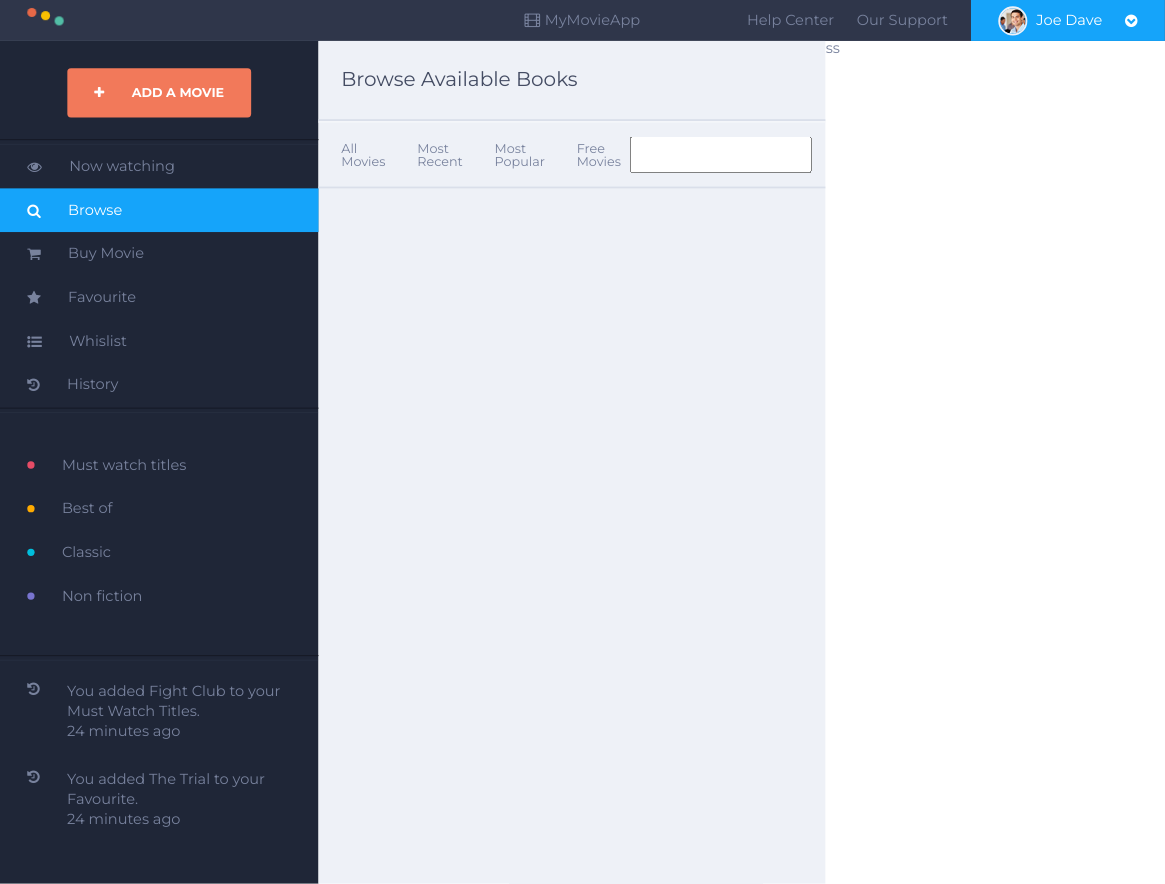
Repository: zyng/movie
Page: /
The author's editor kept a copy of each file at every save. The page is drawn from the files as they stood at one save, then again after the next save.
The browser window is 1280 px wide. The pictures show the whole page, at 91% of full size.
Some web libraries are served in a nearby version. The project was rebuilt for these pictures with package versions that can differ from the ones it lists, and the page was loaded fresh each time.

Above is the page before, as saved 2019-01-16 23:47:59.

### public/index.html
<!DOCTYPE html>
<html lang="en">

<head>
  <meta charset="UTF-8">
  <meta name="viewport" content="width=device-width, initial-scale=1.0">
  <meta http-equiv="X-UA-Compatible" content="ie=edge">
  <title>Document</title>
  <!-- <link rel="stylesheet" href="https://maxcdn.bootstrapcdn.com/bootstrap/4.0.0/css/bootstrap.min.css" integrity="sha384-Gn5384xqQ1aoWXA+058RXPxPg6fy4IWvTNh0E263XmFcJlSAwiGgFAW/dAiS6JXm"
    crossorigin="anonymous"> -->

  <link href="https://fonts.googleapis.com/css?family=Montserrat:400,700&amp;subset=latin-ext" rel="stylesheet">

</head>

<body>
  <div id="root"></div>





  <script src="https://code.jquery.com/jquery-3.2.1.slim.min.js" integrity="sha384-KJ3o2DKtIkvYIK3UENzmM7KCkRr/rE9/Qpg6aAZGJwFDMVNA/GpGFF93hXpG5KkN"
    crossorigin="anonymous"></script>
  <script src="https://cdnjs.cloudflare.com/ajax/libs/popper.js/1.12.9/umd/popper.min.js" integrity="sha384-ApNbgh9B+Y1QKtv3Rn7W3mgPxhU9K/ScQsAP7hUibX39j7fakFPskvXusvfa0b4Q"
    crossorigin="anonymous"></script>
  <script src="https://maxcdn.bootstrapcdn.com/bootstrap/4.0.0/js/bootstrap.min.js" integrity="sha384-JZR6Spejh4U02d8jOt6vLEHfe/JQGiRRSQQxSfFWpi1MquVdAyjUar5+76PVCmYl"
    crossorigin="anonymous"></script>
</body>

</html>

### src/index.js
import React from 'react';
import ReactDOM from 'react-dom';
import App from './components/App';
import 'bootstrap/dist/css/bootstrap.min.css';
import './css/style.css';
import 'font-awesome/css/font-awesome.min.css';
import * as serviceWorker from './serviceWorker';

ReactDOM.render(<App />, document.getElementById('root'));

serviceWorker.unregister();

### src/components/App.js
import React, { Component } from 'react';

import Header from './Header/Header';
import Navigation from './Navigation/Navigation';
import MainContent from './Main/Main';


class App extends Component {


  render() {
    return (
      <>
        <Header />

        <main>
          <Navigation />
          <MainContent />
        </main>

      </>
    );
  }
}

export default App;

### src/css/style.css
/* http://meyerweb.com/eric/tools/css/reset/
   v2.0 | 20110126
   License: none (public domain)
*/
html, body, div, span, applet, object, iframe, h1, h2, h3, h4, h5, h6, p, blockquote, pre, a, abbr, acronym, address, big, cite, code, del, dfn, em, img, ins, kbd, q, s, samp, small, strike, strong, sub, sup, tt, var, b, u, i, center, dl, dt, dd, ol, ul, li, fieldset, form, label, legend, table, caption, tbody, tfoot, thead, tr, th, td, article, aside, canvas, details, embed, figure, figcaption, footer, header, hgroup, menu, nav, output, ruby, section, summary, time, mark, audio, video { margin: 0; padding: 0; border: 0; font-size: 100%; font: inherit; vertical-align: baseline; }

/* HTML5 display-role reset for older browsers */
article, aside, details, figcaption, figure, footer, header, hgroup, menu, nav, section { display: block; }

body { line-height: 1; }

ol, ul { list-style: none; }

blockquote, q { quotes: none; }

blockquote:before, blockquote:after { content: ''; content: none; }

q:before, q:after { content: ''; content: none; }

table { border-collapse: collapse; border-spacing: 0; }

.header { display: -webkit-box; display: -ms-flexbox; display: flex; height: 45px; background-color: #2f364a; -webkit-box-align: center; -ms-flex-align: center; align-items: center; }

.header__logo { position: absolute; left: 30px; display: -webkit-box; display: -ms-flexbox; display: flex; }

.header__logo div { width: 10px; height: 10px; border-radius: 5px; -webkit-animation: jump .6s infinite; animation: jump .6s infinite; }

.header__logo div:not(:last-child) { margin-right: 5px; }

.header__logo .header__logo--red { background-color: #e76847; }

.header__logo .header__logo--yellow { background-color: #fabf00; -webkit-animation-delay: .1s; animation-delay: .1s; }

.header__logo .header__logo--green { background-color: #52bea6; -webkit-animation-delay: .2s; animation-delay: .2s; }

.header__title { position: absolute; left: 50%; -webkit-transform: translateX(-50%); -ms-transform: translateX(-50%); transform: translateX(-50%); }

.header__title i { margin-right: 5px; }

.header__title i:before { font-size: 16px; }

@media screen and (max-width: 1279px) { .header__title { position: static; margin-left: 140px; } }

.header__nav { position: absolute; right: 0; display: -webkit-box; display: -ms-flexbox; display: flex; -webkit-box-align: center; -ms-flex-align: center; align-items: center; }

.header__nav a { text-decoration: none; }

.header__nav > a { color: #78829d; position: relative; }

.header__nav > a:hover::after { content: ''; position: absolute; top: 50%; -webkit-transform: translateY(-50%); -ms-transform: translateY(-50%); transform: translateY(-50%); right: -15px; width: 8px; height: 8px; border-radius: 50%; background-color: rgba(25, 32, 46, 0.7); }

.header__nav .profile { padding: 0 30px; background-color: #15a4fa; height: 45px; display: -webkit-box; display: -ms-flexbox; display: flex; -webkit-box-align: center; -ms-flex-align: center; align-items: center; }

.header__nav .profile a { display: -webkit-box; display: -ms-flexbox; display: flex; -webkit-box-align: center; -ms-flex-align: center; align-items: center; }

.header__nav .profile__logo { width: 32px; height: 32px; border-radius: 16px; border: 2px solid #eef1f7; margin-right: 10px; }

.header__nav .profile__logo img { -o-object-fit: cover; object-fit: cover; width: 100%; height: 100%; border-radius: 50%; }

.header__nav .profile__name { color: #fff; }

.header__nav .profile i { margin-left: 25px; color: #fff; }

.header__nav > a { margin-right: 25px; }

@-webkit-keyframes jump { 0% { -webkit-transform: translateY(0); transform: translateY(0); }
  50% { -webkit-transform: translateY(-10px); transform: translateY(-10px); }
  100% { -webkit-transform: translateY(0); transform: translateY(0); } }

@keyframes jump { 0% { -webkit-transform: translateY(0); transform: translateY(0); }
  50% { -webkit-transform: translateY(-10px); transform: translateY(-10px); }
  100% { -webkit-transform: translateY(0); transform: translateY(0); } }

.menu { left: 0; background-color: #1f2637; min-height: 100vh; max-width: 350px; }

.menu__new-movie { display: -webkit-box; display: -ms-flexbox; display: flex; -webkit-box-pack: center; -ms-flex-pack: center; justify-content: center; -webkit-box-align: center; -ms-flex-align: center; align-items: center; padding: 30px 0; position: relative; }

.menu__new-movie button { min-width: 200px; padding: 20px 30px; border-radius: 4px; background-color: #f2795a; border: none; outline: none; color: #fff; text-transform: uppercase; font-weight: 700; font-size: 14px; }

.menu__new-movie button i { margin-right: 30px; }

.menu__new-movie button:hover { cursor: pointer; }

.menu__new-movie::after { content: ''; height: 6px; width: 100%; position: absolute; bottom: 0; border-bottom: 1px solid rgba(120, 130, 157, 0.1); border-top: 1px solid #141824; }

.menu__movie-search { display: -webkit-box; display: -ms-flexbox; display: flex; -webkit-box-orient: vertical; -webkit-box-direction: normal; -ms-flex-direction: column; flex-direction: column; padding: 0; position: relative; -webkit-box-sizing: border-box; box-sizing: border-box; }

.menu__movie-search a { height: 48px; width: 100%; display: -webkit-box; display: -ms-flexbox; display: flex; -webkit-box-align: center; -ms-flex-align: center; align-items: center; padding-left: 30px; }

.menu__movie-search a.active { background-color: #15a4fa; color: #fff; }

.menu__movie-search a:hover:not(.active) { background-color: #2f364a; color: #fff; }

.menu__movie-search i { margin-right: 30px; }

.menu__movie-search::after { content: ''; height: 6px; width: 100%; position: absolute; bottom: -7px; border-bottom: 1px solid rgba(120, 130, 157, 0.1); border-top: 1px solid #141824; }

.menu__personal-categories { display: -webkit-box; display: -ms-flexbox; display: flex; -webkit-box-orient: vertical; -webkit-box-direction: normal; -ms-flex-direction: column; flex-direction: column; position: relative; padding: 40px 0; -webkit-box-sizing: border-box; box-sizing: border-box; }

.menu__personal-categories a { padding-left: 30px; display: -webkit-box; display: -ms-flexbox; display: flex; -webkit-box-align: center; -ms-flex-align: center; align-items: center; height: 48px; }

.menu__personal-categories a::before { content: ''; width: 8px; height: 8px; position: relative; border-radius: 50%; display: block; margin-right: 30px; }

.menu__personal-categories a:nth-child(1)::before { background-color: #e64c66; }

.menu__personal-categories a:nth-child(2)::before { background-color: #ffab00; }

.menu__personal-categories a:nth-child(3)::before { background-color: #00bfdd; }

.menu__personal-categories a:nth-child(4)::before { background-color: #7874cf; }

.menu__personal-categories a:hover { background-color: #2f364a; }

.menu__personal-categories::after { content: ''; height: 6px; width: 100%; position: absolute; bottom: -7px; border-bottom: 1px solid rgba(120, 130, 157, 0.1); border-top: 1px solid #141824; }

.menu__history { display: -webkit-box; display: -ms-flexbox; display: flex; -webkit-box-orient: vertical; -webkit-box-direction: normal; -ms-flex-direction: column; flex-direction: column; padding: 30px; }

.menu__history .history__notification { display: -webkit-box; display: -ms-flexbox; display: flex; margin-bottom: 30px; font-weight: 300; }

.menu__history .history__notification i { margin-right: 30px; }

.menu__history .history__notification .notification__description { display: -webkit-box; display: -ms-flexbox; display: flex; -webkit-box-orient: vertical; -webkit-box-direction: normal; -ms-flex-direction: column; flex-direction: column; line-height: 22px; }

.menu__history .history__notification .notification__description span { font-weight: 500; }

.main__content { width: 100%; }

.main__header { background-color: #eef1f7; }

.main__header .main__title { font-size: 22px; line-height: 26px; color: #444c63; padding: 30px 0 30px 25px; border-bottom: 2px solid #dadfea; }

.main__actions-bar { padding: 15px; border-top: 2px solid #f4f6fa; display: -webkit-box; display: -ms-flexbox; display: flex; -webkit-box-pack: justify; -ms-flex-pack: justify; justify-content: space-between; border-bottom: 2px solid #dadfea; }

.main__actions-bar .main__filters { display: -webkit-box; display: -ms-flexbox; display: flex; }

.main__actions-bar .main__filters li:not(:last-child) { margin-right: 15px; }

.main__actions-bar .main__filters li { font-size: 14px; font-weight: 500; padding: 6px 10px; -webkit-transition: background-color .3s; -o-transition: background-color .3s; transition: background-color .3s; display: -webkit-box; display: -ms-flexbox; display: flex; -webkit-box-align: center; -ms-flex-align: center; align-items: center; border-radius: 10px; }

.main__actions-bar .main__filters li.active, .main__actions-bar .main__filters li:hover { cursor: pointer; background-color: #97b3ce; color: #fff; }

.main__actions-bar label { position: relative; }

.main__actions-bar label input { padding: 8px 15px; width: 200px; border-radius: 16px; background-color: #ffffff; border: 1px solid rgba(140, 151, 178, 0.4); font-size: 14px; -o-text-overflow: ellipsis; text-overflow: ellipsis; padding-right: 50px; -webkit-transition: width .3s; -o-transition: width .3s; transition: width .3s; }

.main__actions-bar label input::-webkit-input-placeholder { /* Chrome, Firefox, Opera, Safari 10.1+ */ color: #8c97b2; opacity: 1; /* Firefox */ }

.main__actions-bar label input:-ms-input-placeholder { /* Chrome, Firefox, Opera, Safari 10.1+ */ color: #8c97b2; opacity: 1; /* Firefox */ }

.main__actions-bar label input::-ms-input-placeholder { /* Chrome, Firefox, Opera, Safari 10.1+ */ color: #8c97b2; opacity: 1; /* Firefox */ }

.main__actions-bar label input::placeholder { /* Chrome, Firefox, Opera, Safari 10.1+ */ color: #8c97b2; opacity: 1; /* Firefox */ }

.main__actions-bar label input:-ms-input-placeholder { /* Internet Explorer 10-11 */ color: #8c97b2; }

.main__actions-bar label input::-ms-input-placeholder { /* Microsoft Edge */ color: #8c97b2; }

.main__actions-bar label input:focus { outline: none; width: 400px; }

.main__actions-bar label i { position: absolute; right: 10px; top: 50%; -webkit-transform: translateY(-50%); -ms-transform: translateY(-50%); transform: translateY(-50%); }

.movies { display: -webkit-box; display: -ms-flexbox; display: flex; -ms-flex-wrap: wrap; flex-wrap: wrap; width: 100%; padding: 30px 0 0 30px; }

.movie { margin-right: 2%; margin-bottom: 2%; width: 18%; }

.movie__content { position: relative; overflow: hidden; }

.movie__content img { width: 100%; height: 400px; -o-object-fit: cover; object-fit: cover; }

.movie__content .movie__rate { display: -webkit-box; display: -ms-flexbox; display: flex; -webkit-box-orient: vertical; -webkit-box-direction: normal; -ms-flex-direction: column; flex-direction: column; position: absolute; bottom: 10%; left: 50%; -webkit-transform: translateX(-50%); -ms-transform: translateX(-50%); transform: translateX(-50%); width: 100%; -webkit-box-pack: center; -ms-flex-pack: center; justify-content: center; -webkit-box-align: center; -ms-flex-align: center; align-items: center; }

.movie__content .movie__rate span { font-weight: 700; color: #fff; margin-bottom: 10px; }

.movie__content:hover .movie__actions { display: block; }

.movie__content:hover .movie__action a { -webkit-animation: entry .6s; animation: entry .6s; -webkit-animation-fill-mode: forwards; animation-fill-mode: forwards; }

.movie__content:hover .movie__action:nth-child(2) a { -webkit-animation-delay: .2s; animation-delay: .2s; }

.movie__content:hover .movie__action:nth-child(3) a { -webkit-animation-delay: .4s; animation-delay: .4s; }

.movie__content:hover .movie__action:nth-child(4) a { -webkit-animation-delay: .6s; animation-delay: .6s; }

.movie__content .movie__actions { position: absolute; top: 0; left: 0; width: 100%; height: 100%; z-index: 1; display: none; }

.movie__content .movie__actions .movie__add { position: absolute; top: 10px; left: 20px; display: -webkit-box; display: -ms-flexbox; display: flex; -webkit-box-orient: vertical; -webkit-box-direction: normal; -ms-flex-direction: column; flex-direction: column; }

.movie__content .movie__actions .movie__goto { position: absolute; top: 60%; left: 50%; -webkit-transform: translate(-50%, -50%); -ms-transform: translate(-50%, -50%); transform: translate(-50%, -50%); border: 1px solid #78829d; background-color: #2f364a; border-radius: 10px; padding: 7px 25px; white-space: nowrap; -webkit-transition: .3s all; -o-transition: .3s all; transition: .3s all; font-weight: 700; }

.movie__content .movie__actions .movie__goto:hover { background-color: #fff; color: #2f364a; }

.movie__content .movie__action { -webkit-box-align: center; -ms-flex-align: center; align-items: center; margin-bottom: 25px; cursor: pointer; display: -webkit-box; display: -ms-flexbox; display: flex; position: relative; }

.movie__content .movie__action:nth-child(1) a { background-color: #e64c66; }

.movie__content .movie__action:nth-child(2) a { background-color: #ffab00; }

.movie__content .movie__action:nth-child(3) a { background-color: #00bfdd; }

.movie__content .movie__action:nth-child(4) a { background-color: #7874cf; }

.movie__content .movie__action a { display: block; width: 20px; height: 20px; border-radius: 50%; margin-right: 20px; position: relative; left: -50px; }

.movie__content .movie__action:hover span { width: 160px; }

.movie__content .movie__action span { width: 0; overflow: hidden; color: #fff; -webkit-transition: .3s all; -o-transition: .3s all; transition: .3s all; white-space: nowrap; font-weight: 500; }

.movie__content:hover::after { content: ''; position: absolute; top: 0; left: 0; width: 100%; height: 100%; background-color: rgba(0, 0, 0, 0.7); }

.movie__description { display: -webkit-box; display: -ms-flexbox; display: flex; -webkit-box-pack: justify; -ms-flex-pack: justify; justify-content: space-between; padding-top: 15px; }

.movie__title-category { display: -webkit-box; display: -ms-flexbox; display: flex; -webkit-box-orient: vertical; -webkit-box-direction: normal; -ms-flex-direction: column; flex-direction: column; }

.movie__title-category .movie__title { font-weight: 700; margin-bottom: 8px; }

.movie__title-category .movie__category { font-weight: 100; }

.movie .movie__rating { font-weight: 700; font-size: 30px; margin-right: 10px; color: #f2795a; }

@-webkit-keyframes entry { 0% { left: -50px; }
  100% { left: 0; } }

@keyframes entry { 0% { left: -50px; }
  100% { left: 0; } }

body { color: #78829d; font-family: "Montserrat", sans-serif; font-size: 16px; }

a { color: #78829d; }

a:hover { color: #78829d; text-decoration: none; }

main { display: -webkit-box; display: -ms-flexbox; display: flex; }

### src/components/Header/Header.js
import React, { Component } from 'react';
import avatar from '../../img/avatar-01.png';

class Header extends Component {




    render() {
        return (
            <header class='header'>
                <a href="/" className="header__logo">
                    <div className="header__logo--red"></div>
                    <div className="header__logo--yellow"></div>
                    <div className="header__logo--green"></div>
                </a>
                <div className="header__title">
                    <i className="fa fa-film"></i>
                    <span>MyMovieApp</span>
                </div>
                <nav className="header__nav">
                    <a href="/">Help Center</a>
                    <a href="/">Our Support</a>
                    <div className="profile">
                        <a href="/">
                            <div className="profile__logo"><img src={avatar} alt="user avatar" /></div>
                            <div className="profile__name">Joe Dave</div>
                            <i class="fa fa-chevron-circle-down"></i>
                        </a>
                    </div>
                </nav>

            </header>
        );
    }
}

export default Header;

### src/components/Main/Main.js
import React, { Component } from 'react';

class MainContent extends Component {



    render() {
        return (


            <main>


                <header className="main__header">
                    <div className="main__title">Browse Available Books</div>
                    <div className="main__actions-bar">
                        <ul className="main__filters">
                            <li>All Movies</li>
                            <li>Most Recent</li>
                            <li>Most Popular</li>
                            <li>Free Movies</li>
                        </ul>
                        <input type="text" className="main__movie-search" />
                    </div>
                </header>

                <section className="main__content">

                    <div className="main__movies">

                        ss
                    </div>

                </section>
            </main>



        );
    }
}

export default MainContent;

Loaded but not shown: src/serviceWorker.js (common file); src/components/Navigation/Navigation.js (50 lines, source omitted)

After the next save:
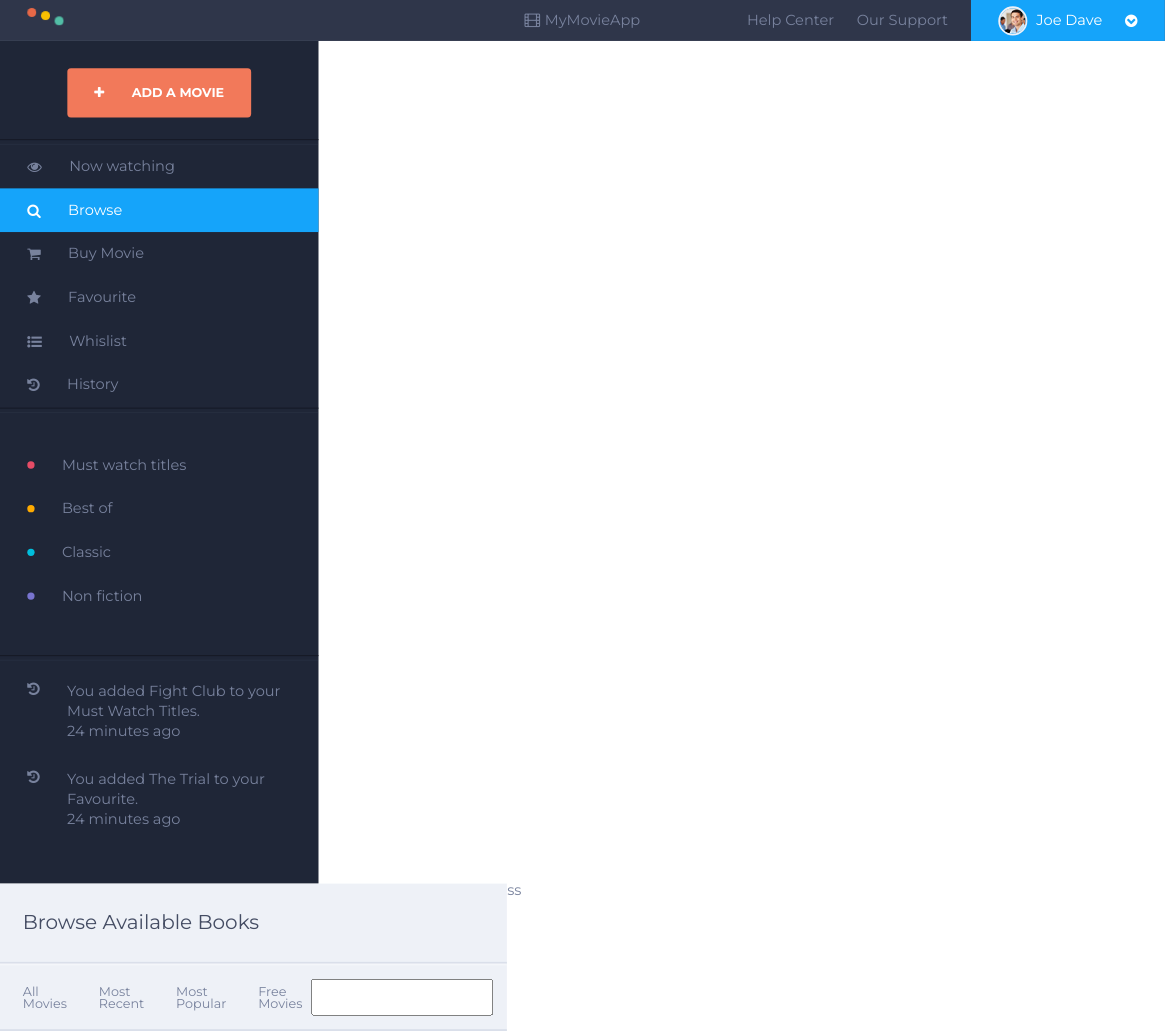
Saved 17 s later.
--- a/src/components/App.js
+++ b/src/components/App.js
@@ -13,10 +13,10 @@
       <>
         <Header />
 
-        <main>
-          <Navigation />
-          <MainContent />
-        </main>
+
+        <Navigation />
+        <MainContent />
+
 
       </>
     );

After the save that followed:
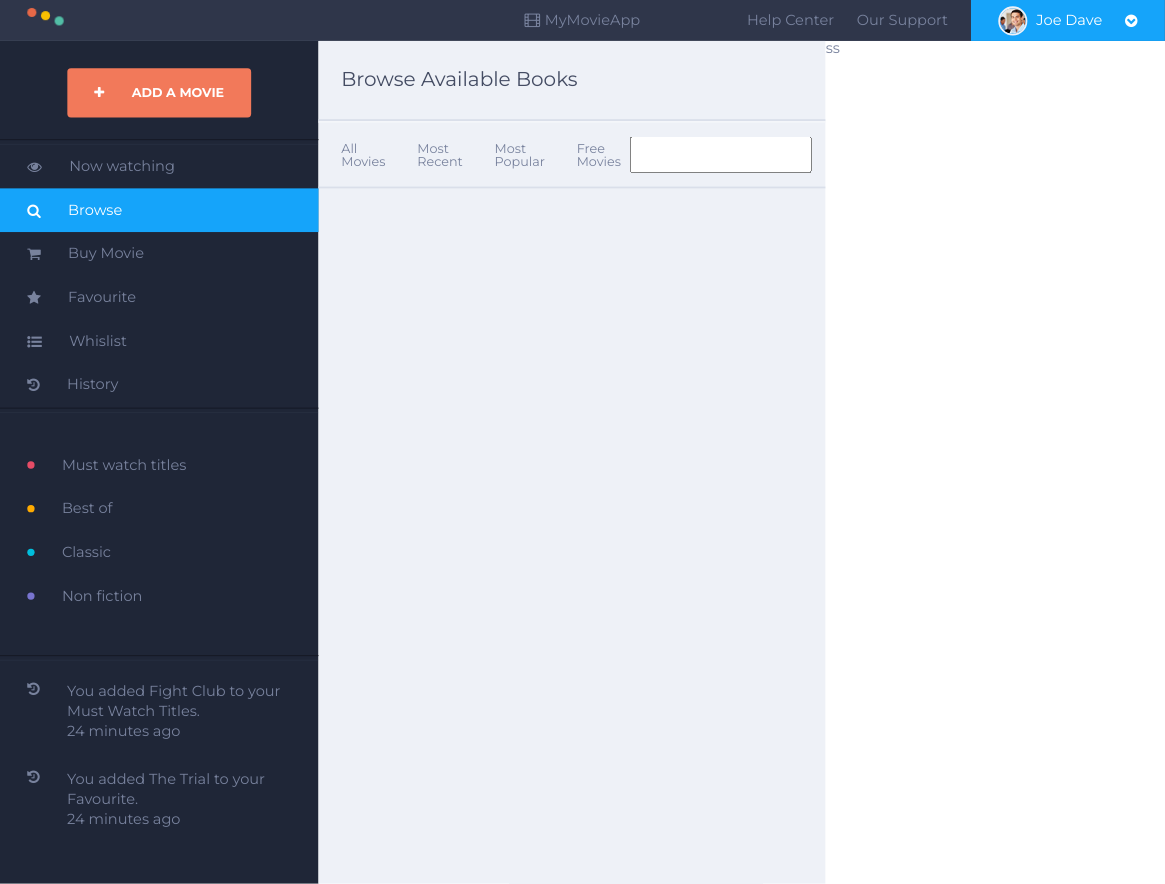
Saved 11 s later.
--- a/src/components/App.js
+++ b/src/components/App.js
@@ -13,10 +13,10 @@
       <>
         <Header />
 
-
-        <Navigation />
-        <MainContent />
-
+        <main>
+          <Navigation />
+          <MainContent />
+        </main>
 
       </>
     );
